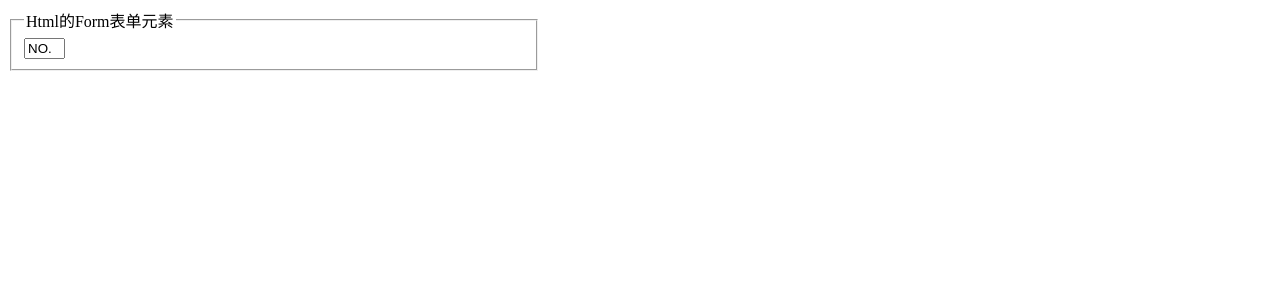
Repository: frankstar007/java
Page: http://localhost/Servlet_Study/request_form1.jsp
An editor plug-in stored every save of this project. The page is shown before and after the next save, followed by the edit.
The browser window is 1280 px wide. The pictures show the whole page.
The page is served by Tomcat 9. Nobody is signed in. The application's start-up code is not run.

Above is the page before, as saved 2016-05-01 02:33:16.

After the next save:
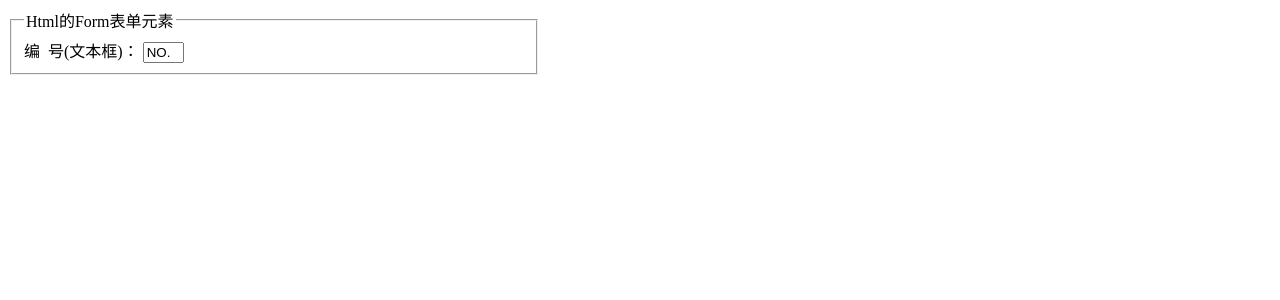
Saved 20 s later.
--- a/Servlet_Study/WebContent/request_form1.jsp
+++ b/Servlet_Study/WebContent/request_form1.jsp
@@ -9,6 +9,7 @@
 <fieldset style="width:500px;">
 	<legend>Html的Form表单元素</legend>
 	<form action="${pageContext.request.contextPath }/RequestDemo3" method="post">
+	编&nbsp;&nbsp;号(文本框)：
 		<input type="text" name="userid" value="NO." size="2" maxlength="2"><br>
 
 
